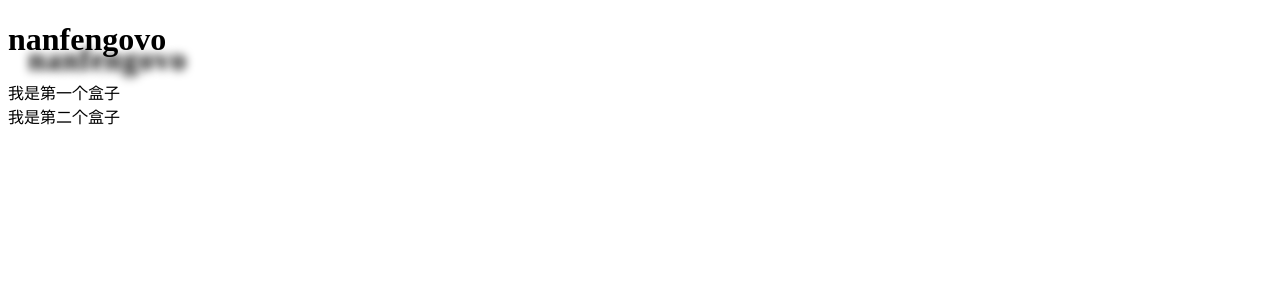
Repository: nanfengovo/CSS
Page: shadow.html
An editor plug-in stored every save of this project. The page is shown before and after the next save, followed by the edit.
The browser window is 1280 px wide. The pictures show the whole page.

Above is the page before, as saved 2025-01-01 09:50:55.

### shadow.html
<!DOCTYPE html>
<html lang="en">
<head>
    <meta charset="UTF-8">
    <meta name="viewport" content="width=device-width, initial-scale=1.0">
    <title>CSS阴影</title>
    <style>
        h1{
            text-shadow: 20px 20px 10px;
        }
    </style>
</head>
<body>
    <!--文字阴影   盒子(box)阴影-->
    <h1>nanfengovo</h1>
    <div id="div_1">
        我是第一个盒子
    </div>
    <div id="div_2">
        我是第二个盒子
    </div>
</body>
</html>

After the next save:
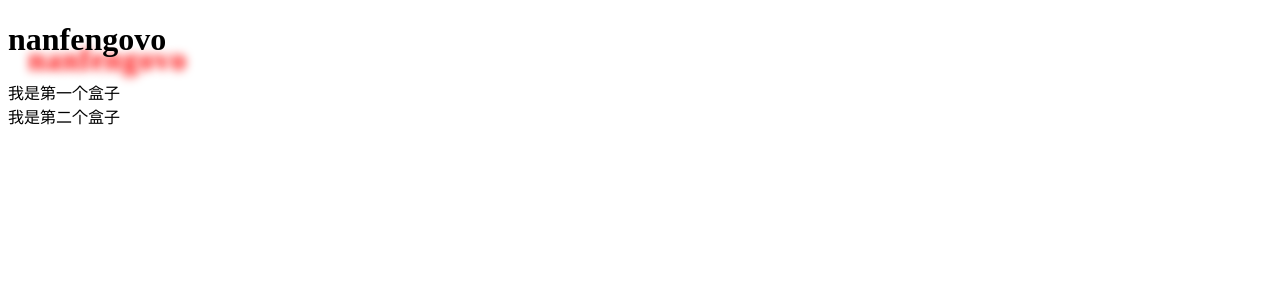
Saved 8 s later.
--- a/shadow.html
+++ b/shadow.html
@@ -6,7 +6,7 @@
     <title>CSS阴影</title>
     <style>
         h1{
-            text-shadow: 20px 20px 10px;
+            text-shadow: 20px 20px 10px red;
         }
     </style>
 </head>
